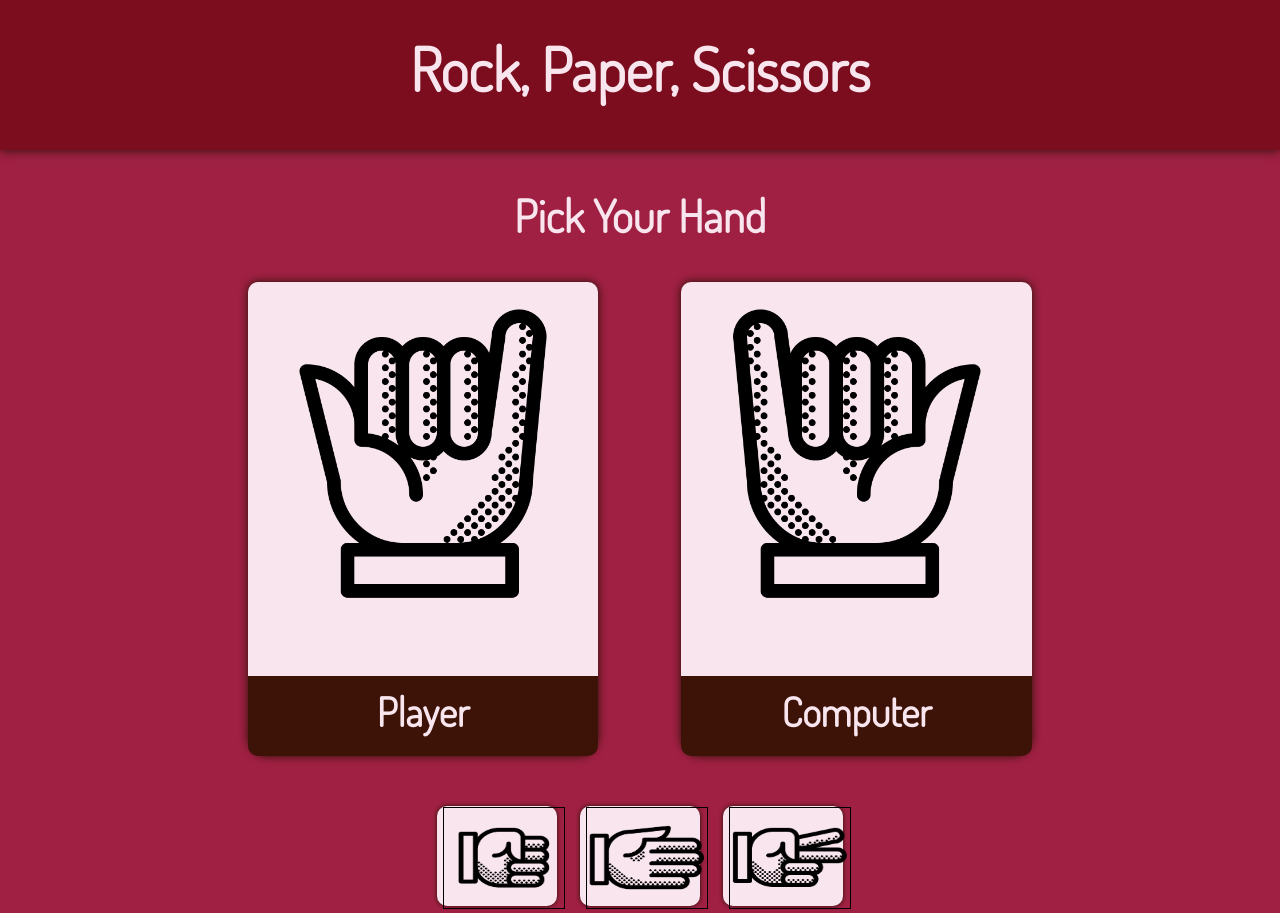
Repository: shayanabedi98/rock-paper-scissors
Page: index.html
An editor plug-in stored every save of this project. The page is shown before and after the next save, followed by the edit.
The browser window is 1280 px wide. The pictures show the whole page.

Above is the page before, as saved 2023-07-13 23:11:08.
Console error: TypeError: Cannot read properties of null (reading 'addEventListener')

### index.html
<!DOCTYPE html>
<html lang="en">
<head>
    <meta charset="UTF-8">
    <meta name="viewport" content="width=device-width, initial-scale=1.0">
    <title>Rock, Paper, Scissors</title>
    <link rel="preconnect" href="https://fonts.googleapis.com">
    <link rel="preconnect" href="https://fonts.gstatic.com" crossorigin>
    <link href="https://fonts.googleapis.com/css2?family=Dosis:wght@300&display=swap" rel="stylesheet">
    <link rel="stylesheet" href="styles.css">
</head>
<body>
    <div class="header">
        <h1>Rock, Paper, Scissors</h1>
    </div>
    <div class="caption">
        <h2>Pick Your Hand</h2>
    </div>
    <div class="container">
        <div class="card">
            <div class="player1">
                <img src="resources/startleft.png" alt="Starting image before game">
                <h3>Player</h3>
            </div>
        </div>
        <div class="card">
            <div class="computer">
                <img src="resources/start.png" alt="Starting image before game">
                <h3>Computer</h3>
            </div>
        </div>
    </div>
    <div class="button-container">
        <button id="rock"><img src="resources/rockleft.png" alt="rock option"></button>
        <button id="paper"><img src="resources/paperleft.png" alt="paper option"></button>
        <button id="scissors"><img src="resources/scissorsleft.png" alt="scissors option"></button>
    </div>
    <script src="index.js"></script>
</body>
</html>

### styles.css
body {
    font-family:'Dosis', sans-serif;
    margin: 0;
    padding: 0;
    background-color: #9F2042;
    color: #F8E5EE;
}

h1 {
    font-size: 60px;
    margin-top: 0;

}

.header {
    text-align: center;
    background-color: #7B0D1E;
    height: 120px;
    padding-top: 30px;
    box-shadow: 0 0 10px 0 #211103;
}

.caption {
    text-align: center;
    font-size: 30px;
}

.container {
    text-align: center;
    display: block;
    margin-top: 30px;
}

.card {
    display: inline-block;
    background-color: #F8E5EE;
    box-shadow: 0 0 8px 0 #211103;
    margin: 0 40px;
    border-radius: 10px 10px 20px 20px;
}

.card img {
    height: 350px;
}

.card h3 {
    font-size: 40px;
    color: #F8E5EE;
    background-color: #3D1308;
    margin-bottom: 0;
    height: 70px;
    padding-top: 10px;
    border-radius: 0  0 10px 10px;
}

.button-container {
    text-align: center;
    margin-top: 50px;
}

#rock, #paper, #scissors {
    font-family: 'Dosis', sans-serif;
    background-color: #F8E5EE;
    color: #211103;
    width: 120px;
    height: 100px;
    cursor: pointer;
    border: 0;
    border-radius: 10px;
    box-shadow: 0 0 4px 0 #211103;
    margin: 0 10px;
}

#rock img, #paper img, #scissors img {
    height: 100px;
    width: 120px;
    margin-right: 200px;
    border: 1px solid black;

}

#rock:active, #paper:active, #scissors:active {
    box-shadow: none;
    border: 2px solid #3D1308;
}

#rock img:active, #paper img:active, #scissors img:active {
    height: 95px;
}

### index.js
var scoreP = 0;
var scoreC = 0;
var caption = document.querySelector('.caption h2');
var btn = document.querySelector('#btn');

function rng1() {
    return (Math.floor(Math.random() * 3) + 1);
};

function rng2() {
    return (Math.floor(Math.random() * 3) + 1);
};

btn.addEventListener('click', function() {
    rng1();
    rng2();

    if (rng1 === 1) {

    }
})

After the next save:
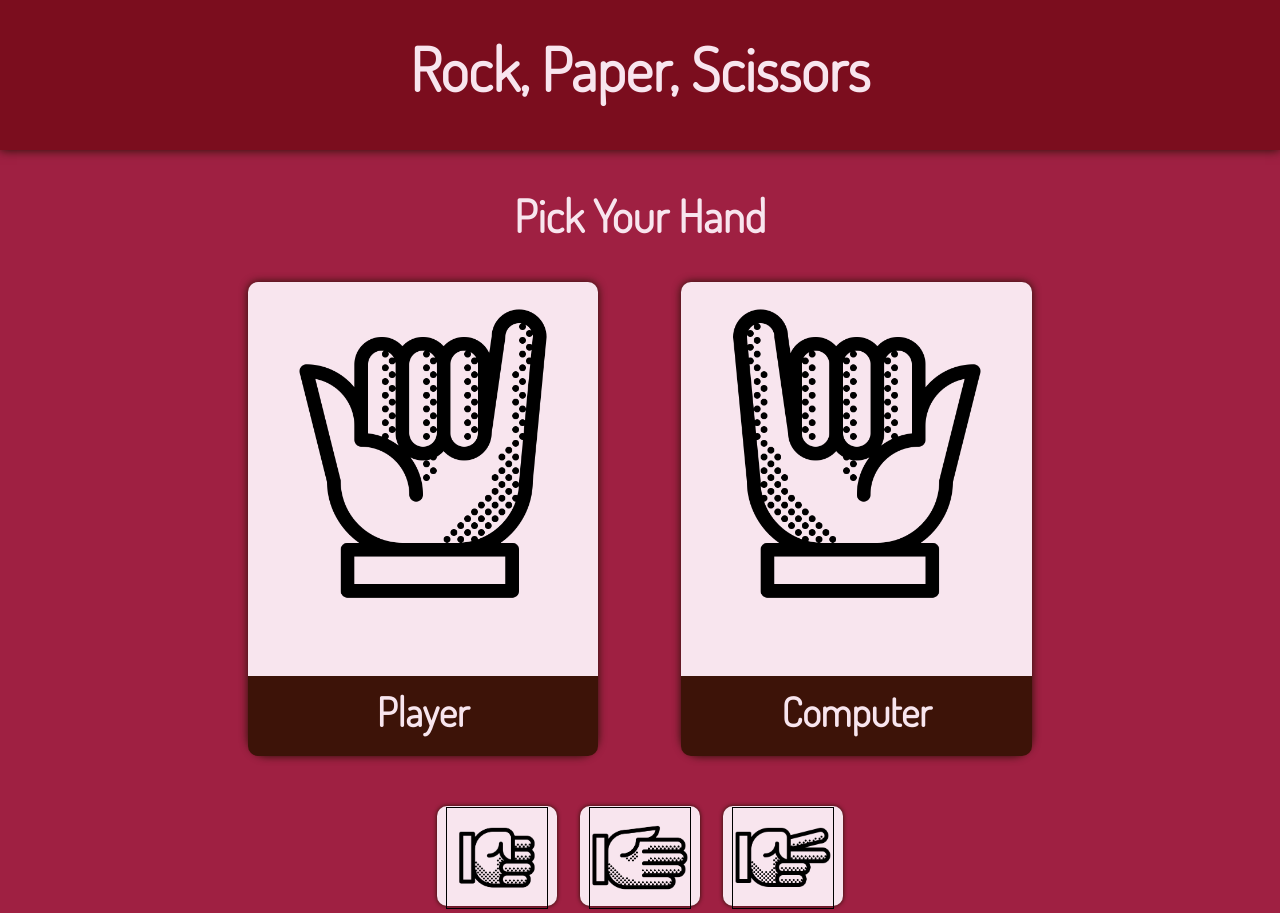
Saved 49 s later.
--- a/styles.css
+++ b/styles.css
@@ -73,8 +73,6 @@ h1 {
 
 #rock img, #paper img, #scissors img {
     height: 100px;
-    width: 120px;
-    margin-right: 200px;
     border: 1px solid black;
 
 }
